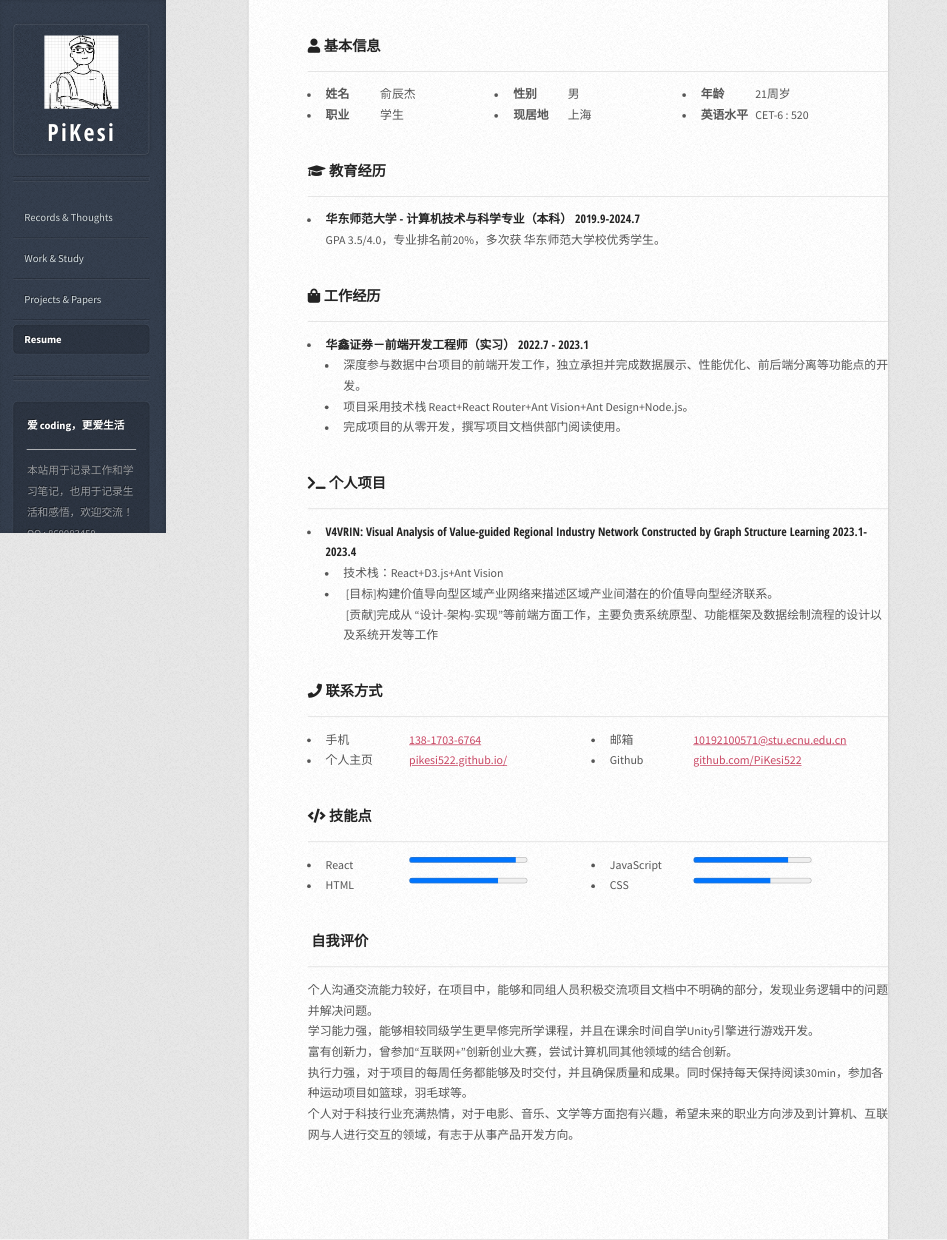
Repository: PiKesi522/PiKesi522.github.io
Page: resume.html
The author's editor kept a copy of each file at every save. The page is drawn from the files as they stood at one save, then again after the next save.
The browser window is 1280 px wide. The pictures show the whole page, at 74% of full size.

Above is the page before, as saved 2023-04-11 11:22:24.

After the next save:
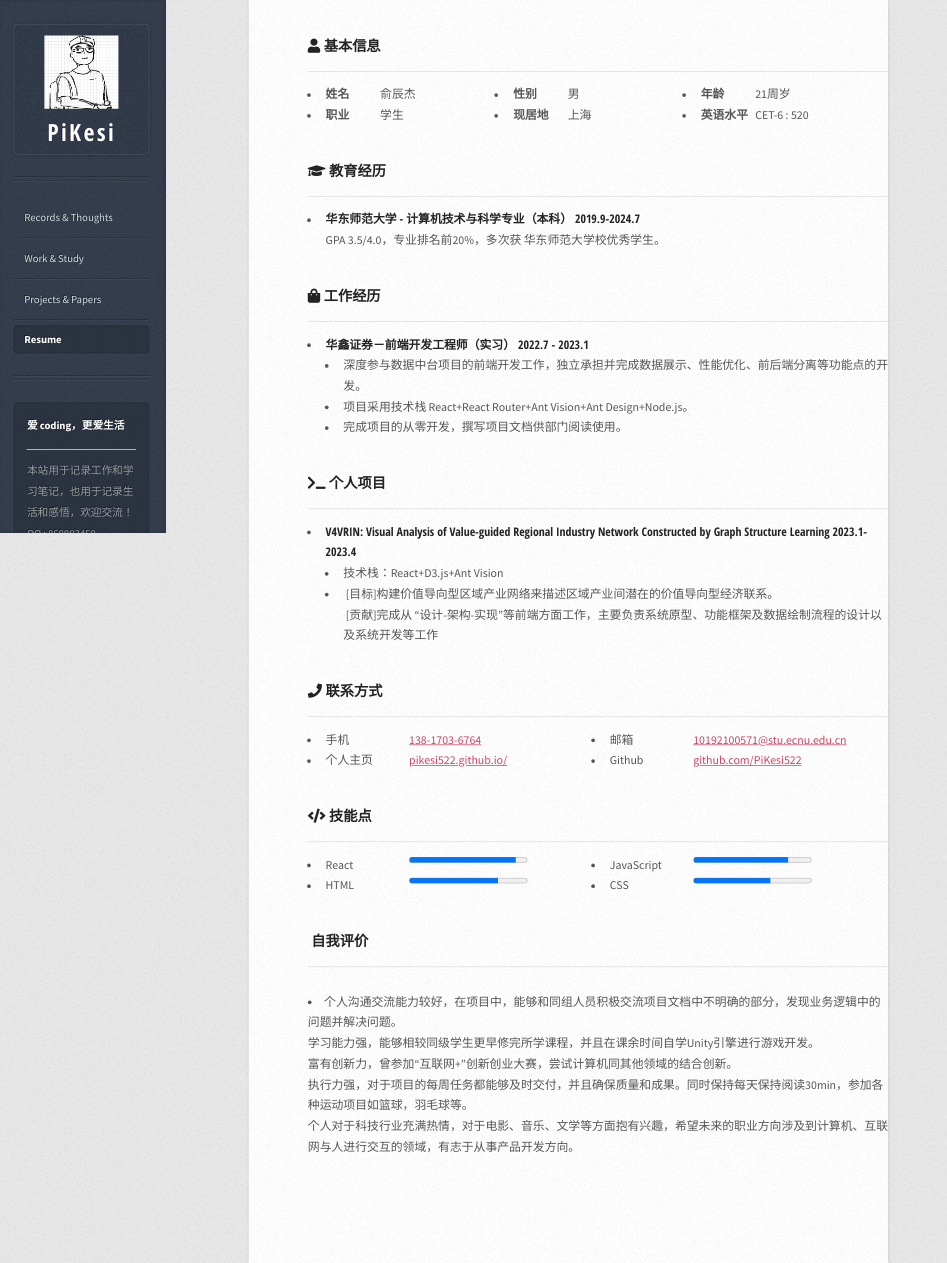
Saved 5 min 10 s later.
--- a/resume.html
+++ b/resume.html
@@ -393,7 +393,7 @@
                         </h2>
                         <hr />
                         <p>
-                            个人沟通交流能力较好，在项目中，能够和同组人员积极交流项目文档中不明确的部分，发现业务逻辑中的问题并解决问题。
+                            <li>个人沟通交流能力较好，在项目中，能够和同组人员积极交流项目文档中不明确的部分，发现业务逻辑中的问题并解决问题。
                             <br/>
                             学习能力强，能够相较同级学生更早修完所学课程，并且在课余时间自学Unity引擎进行游戏开发。
                             <br/>
